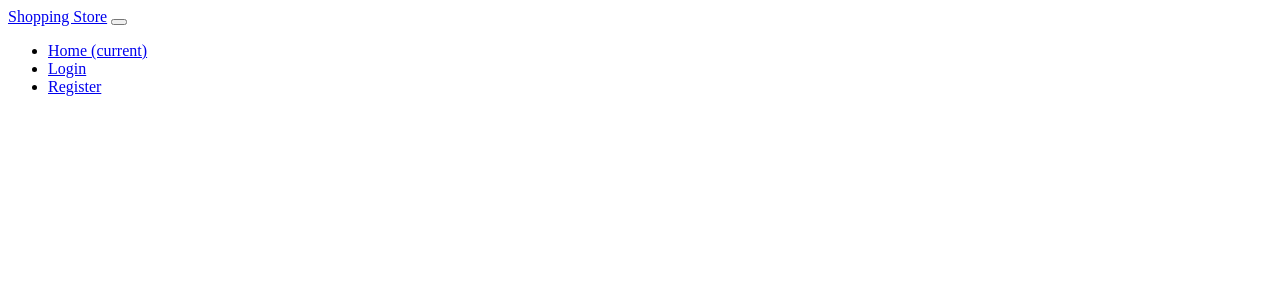
Repository: mayank-gupta0/nagarroproject
Page: http://localhost/SpringMvcServiceLayer/
The author's editor kept a copy of each file at every save. The page is drawn from the files as they stood at one save, then again after the next save.
The browser window is 1280 px wide. The pictures show the whole page.
The page is served by Tomcat 9. Nobody is signed in. The application's start-up code is not run. Other server files are loaded and not shown.

Above is the page before, as saved 2022-08-21 07:35:42.

### springmvcworkspace/SpringMvcServiceLayer/src/main/webapp/index.jsp
<!-- <html>
<body>
	<table align="center">
		<tr>
			<td><a href="login">Login</a></td>
			<td><a href="register">Register</a></td>
		</tr>
	</table>
</body>
</html>

 -->
<html>
<body>
	<nav class="navbar navbar-expand-lg navbar-light bg-light">
		<a class="navbar-brand" href="#">Shopping Store</a>
		<button class="navbar-toggler" type="button" data-toggle="collapse"
			data-target="#navbarSupportedContent"
			aria-controls="navbarSupportedContent" aria-expanded="false"
			aria-label="Toggle navigation">
			<span class="navbar-toggler-icon"></span>
		</button>

		<div class="collapse navbar-collapse" id="navbarSupportedContent">
			<ul class="navbar-nav mr-auto">
				<li class="nav-item active"><a class="nav-link" href="#">Home
						<span class="sr-only">(current)</span>
				</a></li>
				<li class="nav-item"><a class="nav-link" href="login">Login</a></li>
				<li class="nav-item"><a class="nav-link" href="register">Register</a></li>

			</ul>
		</div>
	</nav>

</body>
</html>

After the next save:
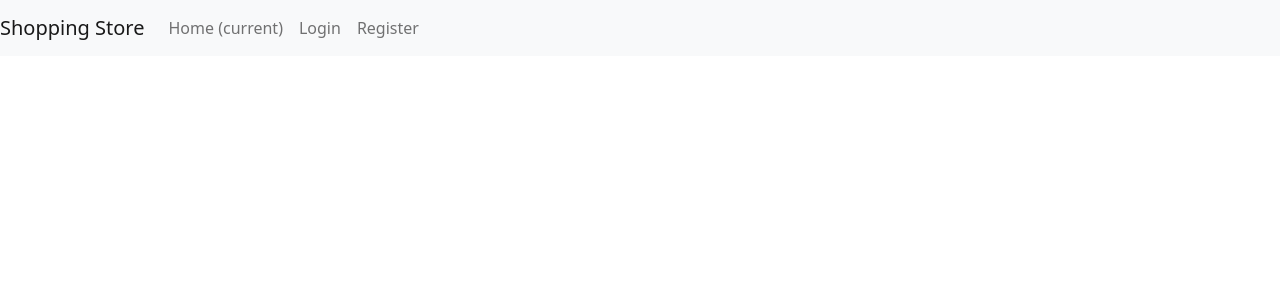
Saved 64 s later.
--- a/springmvcworkspace/SpringMvcServiceLayer/src/main/webapp/index.jsp
+++ b/springmvcworkspace/SpringMvcServiceLayer/src/main/webapp/index.jsp
@@ -11,6 +11,13 @@
 
  -->
 <html>
+<head>
+<link
+	href="https://cdn.jsdelivr.net/npm/bootstrap@5.2.0/dist/css/bootstrap.min.css"
+	rel="stylesheet"
+	integrity="sha384-gH2yIJqKdNHPEq0n4Mqa/HGKIhSkIHeL5AyhkYV8i59U5AR6csBvApHHNl/vI1Bx"
+	crossorigin="anonymous">
+</head>
 <body>
 	<nav class="navbar navbar-expand-lg navbar-light bg-light">
 		<a class="navbar-brand" href="#">Shopping Store</a>
